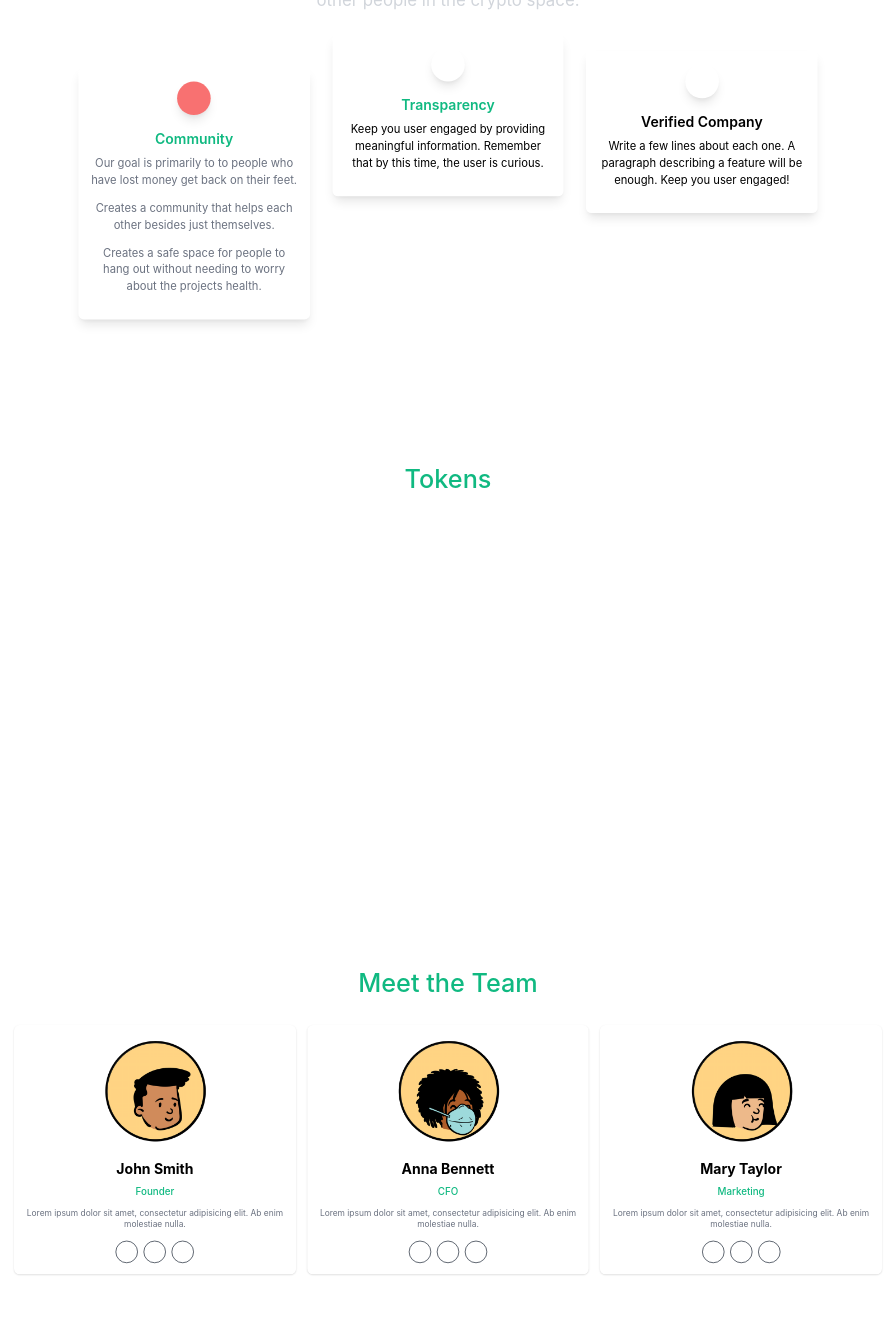
Repository: rhinorphan/phat-landing-page
Page: /
An editor plug-in stored every save of this project. The page is shown before and after the next save, followed by the edit.
The browser window is 1280 px wide. The pictures show the part of the page from y = 1528 to 3448 px (the page is 4096 px tall before and 4120 px after), at 70% of full size.
The project was rebuilt for these pictures with package versions that can differ from the ones it lists, and the page was loaded fresh each time. Also part of the build but not shown: craco.config.js.

Above is the page before, as saved 2021-11-17 17:38:30.

### public/index.html
<!DOCTYPE html>
<html lang="en">
  <head>
    <meta charset="utf-8" />
    <link rel="icon" href="%PUBLIC_URL%/assets/images/server_icon.png" />
    <meta name="PHAT" content="width=device-width, initial-scale=1" />
    <meta name="theme-color" content="#000000" />
    <meta
      name="description"
      content="PHAT Landing Page"
    />
    <link rel="apple-touch-icon" href="%PUBLIC_URL%/assets/images/server_icon.png" />
    <!--
      manifest.json provides metadata used when your web app is installed on a
      user's mobile device or desktop. See https://developers.google.com/web/fundamentals/web-app-manifest/
    -->
    <link rel="manifest" href="%PUBLIC_URL%/manifest.json" />
    <!--
      Notice the use of %PUBLIC_URL% in the tags above.
      It will be replaced with the URL of the `public` folder during the build.
      Only files inside the `public` folder can be referenced from the HTML.

      Unlike "/favicon.ico" or "favicon.ico", "%PUBLIC_URL%/favicon.ico" will
      work correctly both with client-side routing and a non-root public URL.
      Learn how to configure a non-root public URL by running `npm run build`.
    -->
    <title>Party Hats</title>
  </head>
  <body>
    <noscript>You need to enable JavaScript to run this app.</noscript>
    <div id="root"></div>
    <!--
      This HTML file is a template.
      If you open it directly in the browser, you will see an empty page.

      You can add webfonts, meta tags, or analytics to this file.
      The build step will place the bundled scripts into the <body> tag.

      To begin the development, run `npm start` or `yarn start`.
      To create a production bundle, use `npm run build` or `yarn build`.
    -->
  </body>
</html>

### src/App.js
import logo from './logo.svg';
import './App.css';
import Header from './components/Header';
import Contact from './components/Contact';
import Landing from './components/Landing';
import Community from './components/Community';
import Tokens from './components/Tokens';
import About from './components/About';

function App() {
  return (
    <div className="app">
        <Header />
        <div className="app__body">
          <Landing />
          <Community />
          <Tokens />
          <About />
          <Contact />
        </div>
    </div>
  );
}

export default App;

### src/App.css
.active {
  @apply py-4 px-2 text-green-500 border-b-4 border-green-500 font-semibold
}

.active2 {
  @apply block text-sm px-2 py-4 text-white bg-green-500 font-semibold
}

.nobull {
  list-style-type: none;
}

### src/components/Header.js
import React from 'react';
import { Link, animateScroll as scroll } from "react-scroll";

function Header() {

  const handleSubmit = (e) => {
    e.preventDefault();

		const menu = document.querySelector(".mobile-menu");

		menu.classList.toggle("hidden");
  }
  const scrollToTop = (e) => {
    scroll.scrollToTop();
  };

  return (
    <nav class="bg-white shadow-lg sticky top-0">
			<div class="max-w-6xl mx-auto px-4">
				<div class="flex justify-between">
					<div class="flex space-x-7">
						<div>
							<a href="" class="flex items-center py-4 px-2">
								<img src={`${process.env.PUBLIC_URL}/assets/images/server_icon.png`} alt="Logo" class="inline object-cover w-12 h-12 mr-4 rounded-full"/>
								<span onClick={scrollToTop}class="font-semibold text-gray-500 text-lg">Party Hats</span>
							</a>
						</div>
						<div class="hidden md:flex items-center space-x-1 nobull">
              <li><Link activeClass="active" className="py-4 px-2 text-gray-500 font-semibold hover:text-green-500 transition duration-300 cursor-pointer"
              to="landing" spy={true} smooth={true} duration={500}>Home</Link></li>
							<li><Link activeClass="active" className="py-4 px-2 text-gray-500 font-semibold hover:text-green-500 transition duration-300 cursor-pointer"
              to="community" spy={true} smooth={true} duration={500}>Community</Link></li>
              <li><Link activeClass="active" className="py-4 px-2 text-gray-500 font-semibold hover:text-green-500 transition duration-300 cursor-pointer"
              to="token" spy={true} smooth={true} duration={500}>Tokens</Link></li>
							<li><Link activeClass="active" className="py-4 px-2 text-gray-500 font-semibold hover:text-green-500 transition duration-300 cursor-pointer"
              to="about" spy={true} smooth={true} duration={500}>About</Link></li>
							<li><Link activeClass="active" className="py-4 px-2 text-gray-500 font-semibold hover:text-green-500 transition duration-300 cursor-pointer"
              to="contact" spy={true} smooth={true} duration={500}>Contact</Link></li>
						</div>
					</div>
					<div class="hidden md:flex items-center space-x-3 ">
						<a target="_blank" rel="noopener noreferrer" href="https://tetr.io/" class="py-2 px-8 font-medium text-white bg-green-500 hover:bg-green-400 transition duration-300 rounded-full">Play</a>
					</div>
					<div class="md:hidden flex items-center">
						<button class="outline-none mobile-menu-button" onClick={handleSubmit}>
						<svg class=" w-6 h-6 text-gray-500 hover:text-green-500 "
							x-show="!showMenu"
							fill="none"
							stroke-linecap="round"
							stroke-linejoin="round"
							stroke-width="2"
							viewBox="0 0 24 24"
							stroke="currentColor"
						>
							<path d="M4 6h16M4 12h16M4 18h16"></path>
						</svg>
					</button>
					</div>
				</div>
			</div>
			<div class="hidden mobile-menu">
				<ul class="">
					<li><Link activeClass="active2" className="block text-sm px-2 py-4 hover:bg-green-500 transition duration-300 hover:text-white cursor-pointer"
              to="landing" spy={true} smooth={true} duration={500}>Home</Link></li>
					<li><Link activeClass="active2" className="block text-sm px-2 py-4 hover:bg-green-500 transition duration-300 hover:text-white cursor-pointer"
              to="community" spy={true} smooth={true} duration={500}>Community</Link></li>
          <li><Link activeClass="active2" className="block text-sm px-2 py-4 hover:bg-green-500 transition duration-300 hover:text-white cursor-pointer"
              to="token" spy={true} smooth={true} duration={500}>Tokens</Link></li>
					<li><Link activeClass="active2" className="block text-sm px-2 py-4 hover:bg-green-500 transition duration-300 hover:text-white cursor-pointer"
              to="about" spy={true} smooth={true} duration={500}>About</Link></li>
					<li><Link activeClass="active2" className="block text-sm px-2 py-4 hover:bg-green-500 transition duration-300 hover:text-white cursor-pointer"
              to="contact" spy={true} smooth={true} duration={500}>Contact</Link></li>
				</ul>
			</div>
		</nav>
  )
}

export default Header

### src/components/Contact.js
import React from 'react'
import { Link, animateScroll as scroll } from "react-scroll";

function Contact() {

  return (
    <section
      className="text-gray-700 body-font h-100" name="contact">
        <div className="container px-5 py-18 mx-auto">
          <div className="flex flex-col text-center w-full mb-12">
            <h1 className="sm:text-4xl text-2xl font-medium title-font mb-4 text-green-500">
              Contact Us
            </h1>
            <p className="lg:w-2/3 mx-auto leading-relaxed text-base">
            Neque porro quisquam est qui dolorem ipsum quia dolor sit amet, consectetur, adipisci velit.
            </p>
          </div>
          <div className="lg:w-1/2 md:w-2/3 mx-auto">
            <div className="flex flex-wrap -m-2">
              <div className="p-2 w-1/2">
                <div className="">
                  <label for="name" className="leading-7 text-sm text-gray-600">
                    Name
                  </label>
                  <input
                    type="text"
                    id="name"
                    name="name"
                    className="w-full bg-gray-100 rounded border border-gray-300 focus:border-green-500 text-base outline-none text-gray-700 py-1 px-3 leading-8 transition-colors duration-200 ease-in-out"
                  />
                </div>
              </div>
              <div className="p-2 w-1/2">
                <div className="">
                  <label
                    for="email"
                    className="leading-7 text-sm text-gray-600"
                  >
                    Email
                  </label>
                  <input
                    type="email"
                    id="email"
                    name="email"
                    className="w-full bg-gray-100 rounded border border-gray-300 focus:border-green-500 text-base outline-none text-gray-700 py-1 px-3 leading-8 transition-colors duration-200 ease-in-out"
                  />
                </div>
              </div>
              <div className="p-2 w-full">
                <div className="">
                  <label
                    for="message"
                    className="leading-7 text-sm text-gray-600"
                  >
                    Message
                  </label>
                  <textarea
                    id="message"
                    name="message"
                    className="w-full bg-gray-100 rounded border border-gray-300 focus:border-green-500 h-32 text-base outline-none text-gray-700 py-1 px-3 resize-none leading-6 transition-colors duration-200 ease-in-out"
                  ></textarea>
                </div>
              </div>
              <div className="p-2 w-full">
                <button className="flex mx-auto py-2 px-8 font-medium text-white bg-green-500 rounded hover:bg-green-400 transition duration-300">
                  Send
                </button>
              </div>
              <div className="p-2 w-full pt-8 mt-8 border-t border-gray-200 text-center">
                <a className="text-green-500">example@email.com</a>
                <p className="leading-normal my-5">
                  49 Smith St.
                  <br />
                  Saint Cloud, MN 56301
                </p>
                <span className="inline-flex">
                  <a className="ml-4 text-gray-500">
                    <svg xmlns="http://www.w3.org/2000/svg" className="w-5 h-5" fill="currentColor" class="bi bi-discord" viewBox="0 0 16 16">
                      <path d="M13.545 2.907a13.227 13.227 0 0 0-3.257-1.011.05.05 0 0 0-.052.025c-.141.25-.297.577-.406.833a12.19 12.19 0 0 0-3.658 0 8.258 8.258 0 0 0-.412-.833.051.051 0 0 0-.052-.025c-1.125.194-2.22.534-3.257 1.011a.041.041 0 0 0-.021.018C.356 6.024-.213 9.047.066 12.032c.001.014.01.028.021.037a13.276 13.276 0 0 0 3.995 2.02.05.05 0 0 0 .056-.019c.308-.42.582-.863.818-1.329a.05.05 0 0 0-.01-.059.051.051 0 0 0-.018-.011 8.875 8.875 0 0 1-1.248-.595.05.05 0 0 1-.02-.066.051.051 0 0 1 .015-.019c.084-.063.168-.129.248-.195a.05.05 0 0 1 .051-.007c2.619 1.196 5.454 1.196 8.041 0a.052.052 0 0 1 .053.007c.08.066.164.132.248.195a.051.051 0 0 1-.004.085 8.254 8.254 0 0 1-1.249.594.05.05 0 0 0-.03.03.052.052 0 0 0 .003.041c.24.465.515.909.817 1.329a.05.05 0 0 0 .056.019 13.235 13.235 0 0 0 4.001-2.02.049.049 0 0 0 .021-.037c.334-3.451-.559-6.449-2.366-9.106a.034.034 0 0 0-.02-.019Zm-8.198 7.307c-.789 0-1.438-.724-1.438-1.612 0-.889.637-1.613 1.438-1.613.807 0 1.45.73 1.438 1.613 0 .888-.637 1.612-1.438 1.612Zm5.316 0c-.788 0-1.438-.724-1.438-1.612 0-.889.637-1.613 1.438-1.613.807 0 1.451.73 1.438 1.613 0 .888-.631 1.612-1.438 1.612Z"/>
                    </svg>
                  </a>
                  <a className="ml-4 text-gray-500">
                    <svg xmlns="http://www.w3.org/2000/svg" className="w-5 h-5" fill="currentColor" class="bi bi-telegram" viewBox="0 0 16 16">
                      <path d="M16 8A8 8 0 1 1 0 8a8 8 0 0 1 16 0zM8.287 5.906c-.778.324-2.334.994-4.666 2.01-.378.15-.577.298-.595.442-.03.243.275.339.69.47l.175.055c.408.133.958.288 1.243.294.26.006.549-.1.868-.32 2.179-1.471 3.304-2.214 3.374-2.23.05-.012.12-.026.166.016.047.041.042.12.037.141-.03.129-1.227 1.241-1.846 1.817-.193.18-.33.307-.358.336a8.154 8.154 0 0 1-.188.186c-.38.366-.664.64.015 1.088.327.216.589.393.85.571.284.194.568.387.936.629.093.06.183.125.27.187.331.236.63.448.997.414.214-.02.435-.22.547-.82.265-1.417.786-4.486.906-5.751a1.426 1.426 0 0 0-.013-.315.337.337 0 0 0-.114-.217.526.526 0 0 0-.31-.093c-.3.005-.763.166-2.984 1.09z"/>
                    </svg>
                  </a>
                </span>
              </div>
            </div>
          </div>
        </div>
      </section>
  )
}

export default Contact

### src/components/Landing.js
import React from 'react'
import { Link, animateScroll as scroll } from "react-scroll";

function Landing() {
  return (
    <section className="grid md:flex place-items-center h-screen py-10 px-4" name="landing">
      <div class="mx-16">
        <h2 class="text-4xl  font-bold mb-2 text-green-500">
          Community Arcade Cabinet
        </h2>
        <h3 class="text-2xl mb-2 text-gray-300">
        With your beloved games.
        </h3>
        <h3 class="text-2xl mb-8 text-green-500">
        Join the revolution!
        </h3>

        <button class="m-2 bg-white font-bold rounded-full py-4 px-8 shadow-lg uppercase tracking-wider text-green-500 hover:bg-green-400 transition duration-300 hover:text-white">
          <a target="_blank" rel="noopener noreferrer" href="https://lionell-moore.gitbook.io/crypto-party-hats/introductions/what-is-party-hats">Whitepaper</a>
        </button>
        <button class="m-2 bg-white font-bold rounded-full py-4 px-8 shadow-lg uppercase tracking-wider text-green-500 hover:bg-green-400 transition duration-300 hover:text-white">
          <a target="_blank" rel="noopener noreferrer" href="#"><Link activeClass="active"
              to="community" spy={true} smooth={true} duration={500}>Learn More</Link></a>
        </button>
      </div>
      <div className="w-full">
        <img src={`${process.env.PUBLIC_URL}/assets/images/landing.png`} alt="" className="h-full w-full"/>
      </div>
    </section>
  )
}

export default Landing

### src/components/Community.js
import React from 'react'

function Community() {
  return (
    <section className="grid md:grid place-items-center h-100 py-10 px-4" name="community">
      <div className="w-min-50">
        <img src={`${process.env.PUBLIC_URL}/assets/images/collab.png`} alt=""/>
      </div>
      <div class="mx-16 w-50">
        <h2 class="flex text-4xl  font-bold mb-2 text-green-500 justify-center">
        Party Hats?
        </h2>
        <h3 class="flex text-2xl mb-2 text-gray-300 text-center">
        The Party Hats team and our community aims to be a central guild for anyone to join in and spend some time playing games with others as if you were at the arcade with friends. Our community will be more focused on helping fellow members who have either been rugpulled on or scammed by other people in the crypto space.
        </h3>
        <section class="pb-10 bg-blueGray-200 mt-8">
        <div class="container mx-auto px-4">
          <div class="flex flex-wrap">
            <div class="lg:pt-12 pt-6 w-full md:w-4/12 px-4 text-center">
              <div class="relative flex flex-col min-w-0 break-words bg-white w-full mb-8 shadow-lg rounded-lg">
                <div class="px-4 py-5 flex-auto">
                  <div class="text-white p-3 text-center inline-flex items-center justify-center w-12 h-12 mb-5 shadow-lg rounded-full bg-red-400">
                    <i class="fas fa-award"></i>
                  </div>
                  <h6 class="text-xl font-semibold text-green-500">Community</h6>
                  <p class="mt-2 mb-4 text-gray-500">
                  Our goal is primarily to to people who have lost money get back on their feet.</p>
                  <p class="mt-2 mb-4 text-gray-500">
                  Creates a community that helps each other besides just themselves.
                  </p>
                  <p class="mt-2 mb-4 text-gray-500">
                  Creates a safe space for people to hang out without needing to worry about the projects health.
                  </p>
                </div>
              </div>
            </div>
            <div class="w-full md:w-4/12 px-4 text-center">
              <div class="relative flex flex-col min-w-0 break-words bg-white w-full mb-8 shadow-lg rounded-lg">
                <div class="px-4 py-5 flex-auto">
                  <div class="text-white p-3 text-center inline-flex items-center justify-center w-12 h-12 mb-5 shadow-lg rounded-full bg-lightBlue-400">
                    <i class="fas fa-retweet"></i>
                  </div>
                  <h6 class="text-xl font-semibold text-green-500">Transparency</h6>
                  <p class="mt-2 mb-4 text-blueGray-500">
                    Keep you user engaged by providing meaningful information.
                    Remember that by this time, the user is curious.
                  </p>
                </div>
              </div>
            </div>
            <div class="pt-6 w-full md:w-4/12 px-4 text-center">
              <div class="relative flex flex-col min-w-0 break-words bg-white w-full mb-8 shadow-lg rounded-lg">
                <div class="px-4 py-5 flex-auto">
                  <div class="text-white p-3 text-center inline-flex items-center justify-center w-12 h-12 mb-5 shadow-lg rounded-full bg-emerald-400">
                    <i class="fas fa-fingerprint"></i>
                  </div>
                  <h6 class="text-xl font-semibold">Verified Company</h6>
                  <p class="mt-2 mb-4 text-blueGray-500">
                    Write a few lines about each one. A paragraph describing a
                    feature will be enough. Keep you user engaged!
                  </p>
                </div>
              </div>
            </div>
          </div>
        </div>
        </section>
      </div>
    </section>
  )
}

export default Community

### src/components/Tokens.js
import React from 'react'

function Tokens() {
  return (
    <section name="token" className="h-screen container px-5 py-24 mx-auto flex justify-center">
      <p className="sm:text-4xl text-2xl font-medium title-font mb-4 text-green-500">Tokens</p>
    </section>
  )
}

export default Tokens

### src/components/About.js
import React from 'react'

// shadow-lg border border-gray-200 rounded-full overflow-hidden - picture TEAM div className

function About() {
  return (
    <section name="about" className="h-100 container px-5 py-24 mx-auto flex-col">
      <div>
        <p className="flex justify-center sm:text-4xl text-2xl font-medium title-font mb-10 text-green-500">Meet the Team</p>
      </div>
      <div class="flex flex-col sm:flex-row gap-4">

			<div class="flex flex-col items-center justify-center bg-white p-4 shadow rounded-lg">
				<div class="inline-flex h-40 w-40">
					<img src={`${process.env.PUBLIC_URL}/assets/images/team1.png`}
						 alt=""
						 class="h-full w-full"/>
				</div>

				<h2 class="mt-4 font-bold text-xl">John Smith</h2>
				<h6 class="mt-2 text-sm font-medium text-green-500">Founder</h6>

				<p class="text-xs text-gray-500 text-center mt-3">
					Lorem ipsum dolor sit amet, consectetur adipisicing elit. Ab enim molestiae nulla.
				</p>

				<ul class="flex flex-row mt-4 space-x-2">
					<li>
						<a href="" class="flex items-center justify-center h-8 w-8 border rounded-full text-gray-800 border-gray-800">
							<i class="fab fa-facebook"></i>
						</a>
					</li>
					<li>
						<a href="" class="flex items-center justify-center h-8 w-8 border rounded-full text-gray-800 border-gray-800">
							<i class="fab fa-twitter"></i>
						</a>
					</li>
					<li>
						<a href="" class="flex items-center justify-center h-8 w-8 border rounded-full text-gray-800 border-gray-800">
							<i class="fab fa-instagram"></i>
						</a>
					</li>
				</ul>
			</div>

			<div class="flex flex-col items-center justify-center bg-white p-4 shadow rounded-lg">
				<div class="inline-flex h-40 w-40">
					<img src={`${process.env.PUBLIC_URL}/assets/images/team2.png`}
						 alt=""
						 class="h-full w-full"/>
				</div>

				<h2 class="mt-4 font-bold text-xl">Anna Bennett</h2>
				<h6 class="mt-2 text-sm font-medium text-green-500">CFO</h6>

				<p class="text-xs text-gray-500 text-center mt-3">
					Lorem ipsum dolor sit amet, consectetur adipisicing elit. Ab enim molestiae nulla.
				</p>

				<ul class="flex flex-row mt-4 space-x-2">
					<li>
						<a href="" class="flex items-center justify-center h-8 w-8 border rounded-full text-gray-800 border-gray-800">
							<i class="fab fa-facebook"></i>
						</a>
					</li>
					<li>
						<a href="" class="flex items-center justify-center h-8 w-8 border rounded-full text-gray-800 border-gray-800">
							<i class="fab fa-twitter"></i>
						</a>
					</li>
					<li>
						<a href="" class="flex items-center justify-center h-8 w-8 border rounded-full text-gray-800 border-gray-800">
							<i class="fab fa-instagram"></i>
						</a>
					</li>
				</ul>
			</div>

			<div class="flex flex-col items-center justify-center bg-white p-4 shadow rounded-lg">
				<div class="inline-flex h-40 w-40">
					<img src={`${process.env.PUBLIC_URL}/assets/images/team3.png`}
						 alt=""
						 class="h-full w-full"/>
				</div>

				<h2 class="mt-4 font-bold text-xl">Mary Taylor</h2>
				<h6 class="mt-2 text-sm font-medium text-green-500">Marketing</h6>

				<p class="text-xs text-gray-500 text-center mt-3">
					Lorem ipsum dolor sit amet, consectetur adipisicing elit. Ab enim molestiae nulla.
				</p>

				<ul class="flex flex-row mt-4 space-x-2">
					<li>
						<a href="" class="flex items-center justify-center h-8 w-8 border rounded-full text-gray-800 border-gray-800">
							<i class="fab fa-facebook"></i>
						</a>
					</li>
					<li>
						<a href="" class="flex items-center justify-center h-8 w-8 border rounded-full text-gray-800 border-gray-800">
							<i class="fab fa-twitter"></i>
						</a>
					</li>
					<li>
						<a href="" class="flex items-center justify-center h-8 w-8 border rounded-full text-gray-800 border-gray-800">
							<i class="fab fa-instagram"></i>
						</a>
					</li>
				</ul>
			</div>

		</div>

    </section>
  )
}

export default About

Loaded but not shown: src/index.js (common file); src/index.css (common file); src/reportWebVitals.js (common file); tailwind.config.js (common file)

After the next save:
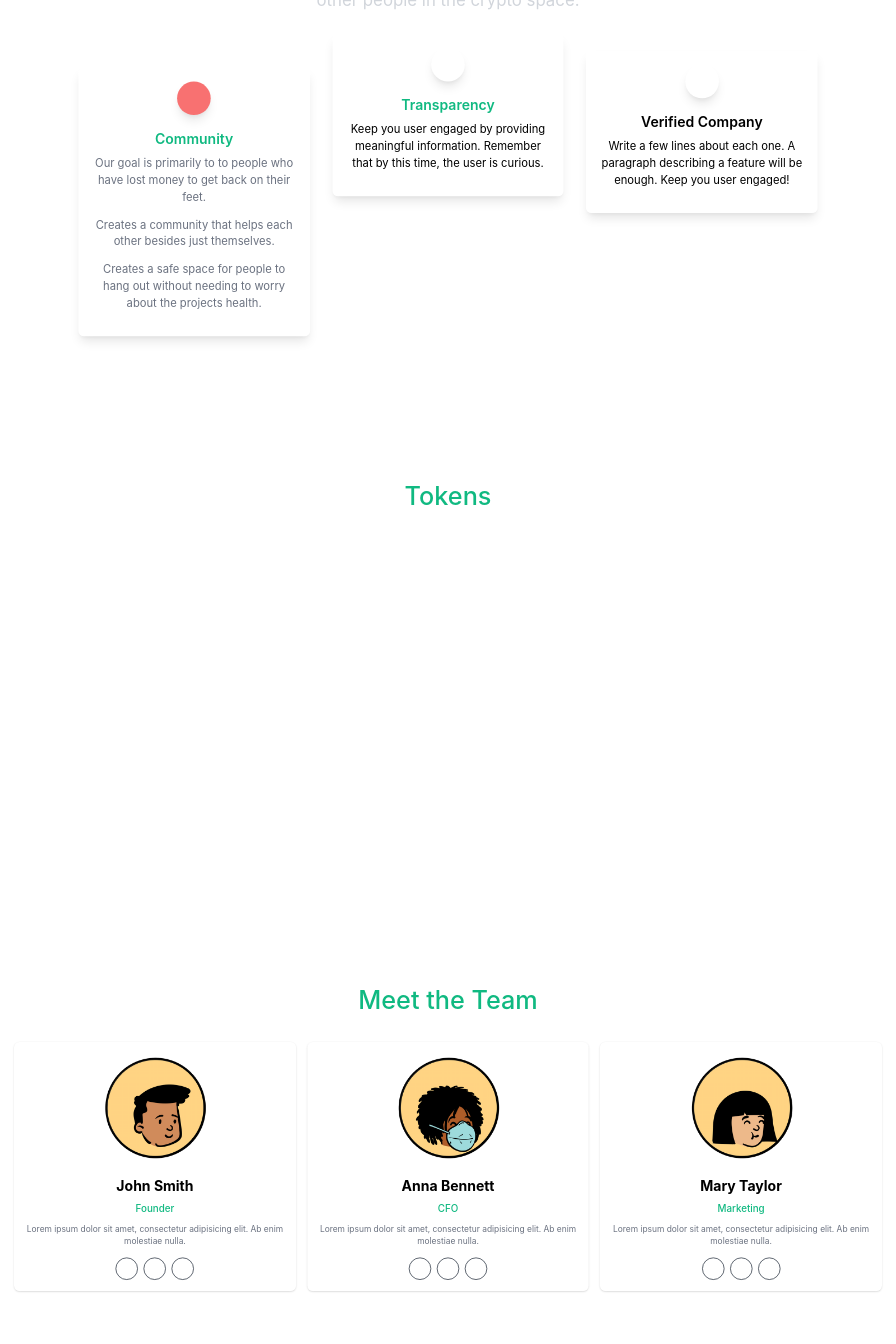
Saved 8 s later.
--- a/src/components/Community.js
+++ b/src/components/Community.js
@@ -24,7 +24,7 @@ function Community() {
                   </div>
                   <h6 class="text-xl font-semibold text-green-500">Community</h6>
                   <p class="mt-2 mb-4 text-gray-500">
-                  Our goal is primarily to to people who have lost money get back on their feet.</p>
+                  Our goal is primarily to to people who have lost money to get back on their feet.</p>
                   <p class="mt-2 mb-4 text-gray-500">
                   Creates a community that helps each other besides just themselves.
                   </p>
